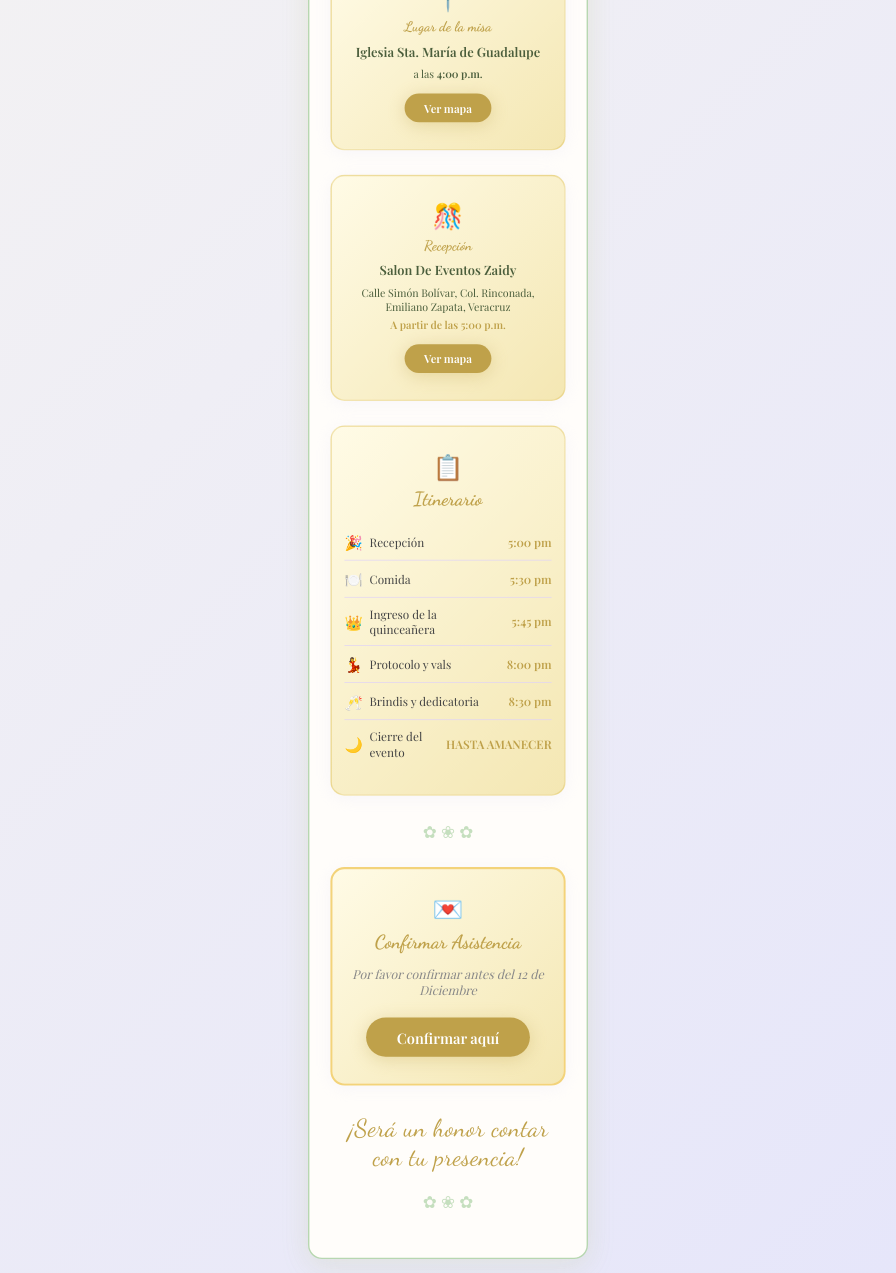
Repository: Jurgt2/InvitacionXvCamila
Page: index.html
The author's editor kept a copy of each file at every save. The page is drawn from the files as they stood at one save, then again after the next save.
The browser window is 1280 px wide. The pictures show the part of the page from y = 1394 to 3314 px (the page is 3213 px tall before and 3314 px after), at 70% of full size.
Some web fonts or font styles are not loaded; a fallback is used.

Above is the page before, as saved 2025-11-15 20:43:28.
Console error: TypeError: Cannot read properties of null (reading 'href')

After the next save:
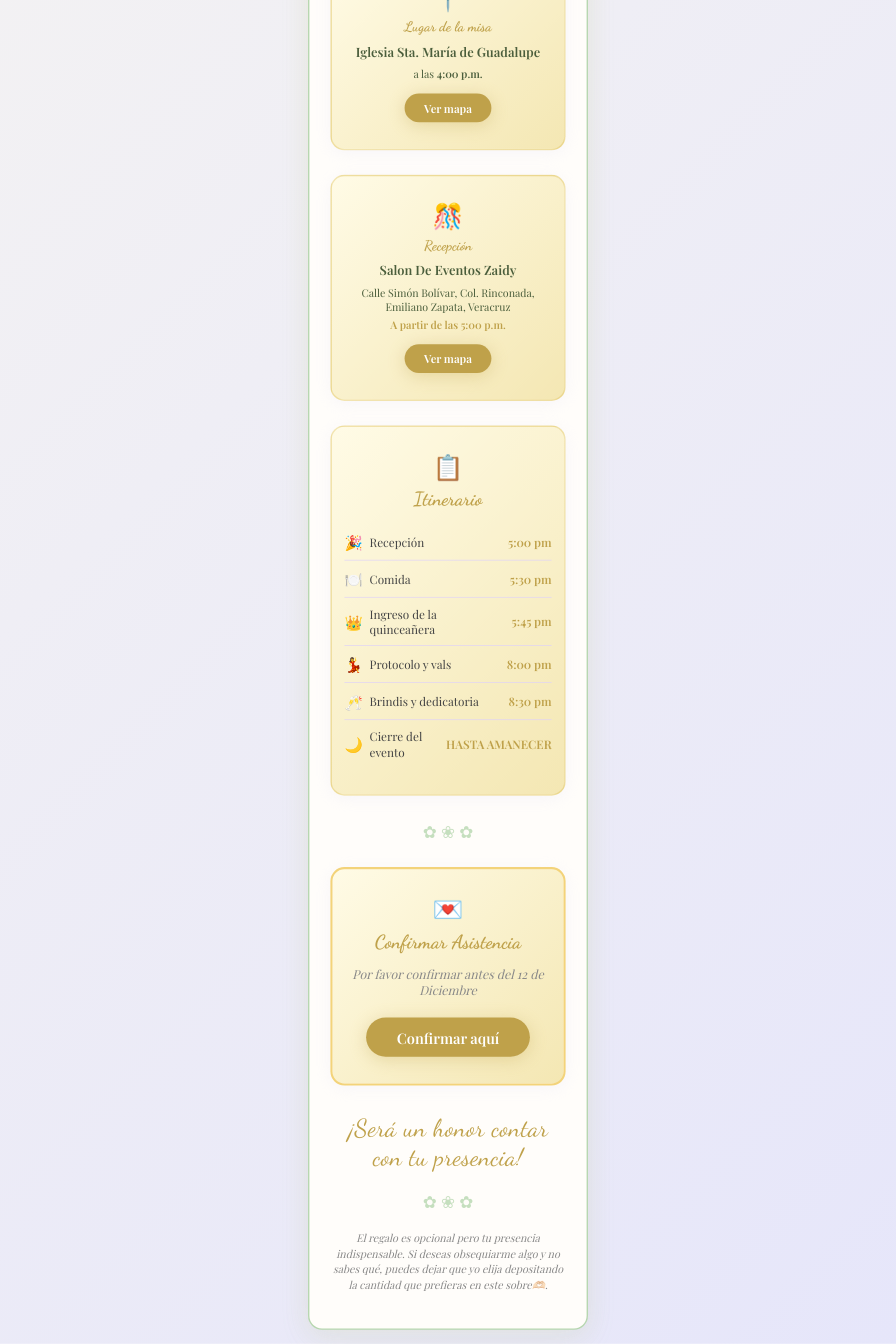
Saved 88 s later.
--- a/index.html
+++ b/index.html
@@ -178,6 +178,19 @@
                 ">¡Será un honor contar con tu presencia!</span>
             </div>
             <div class="floral-divider">✿ ❀ ✿</div>
+            <div style="text-align:center; margin-top:20px; margin-bottom:10px;">
+                <span style="
+                    font-family: 'Playfair Display', serif;
+                    font-style: italic;
+                    color: #888888;
+                    font-size: 0.95rem;
+                    display: inline-block;
+                    max-width: 340px;
+                    line-height: 1.5;
+                ">
+                El regalo es opcional pero tu presencia indispensable. Si deseas obsequiarme algo y no sabes qué, puedes dejar que yo elija depositando la cantidad que prefieras en este sobre🫶🏻.
+                </span>
+            </div>
         </div>
 
     </div>
